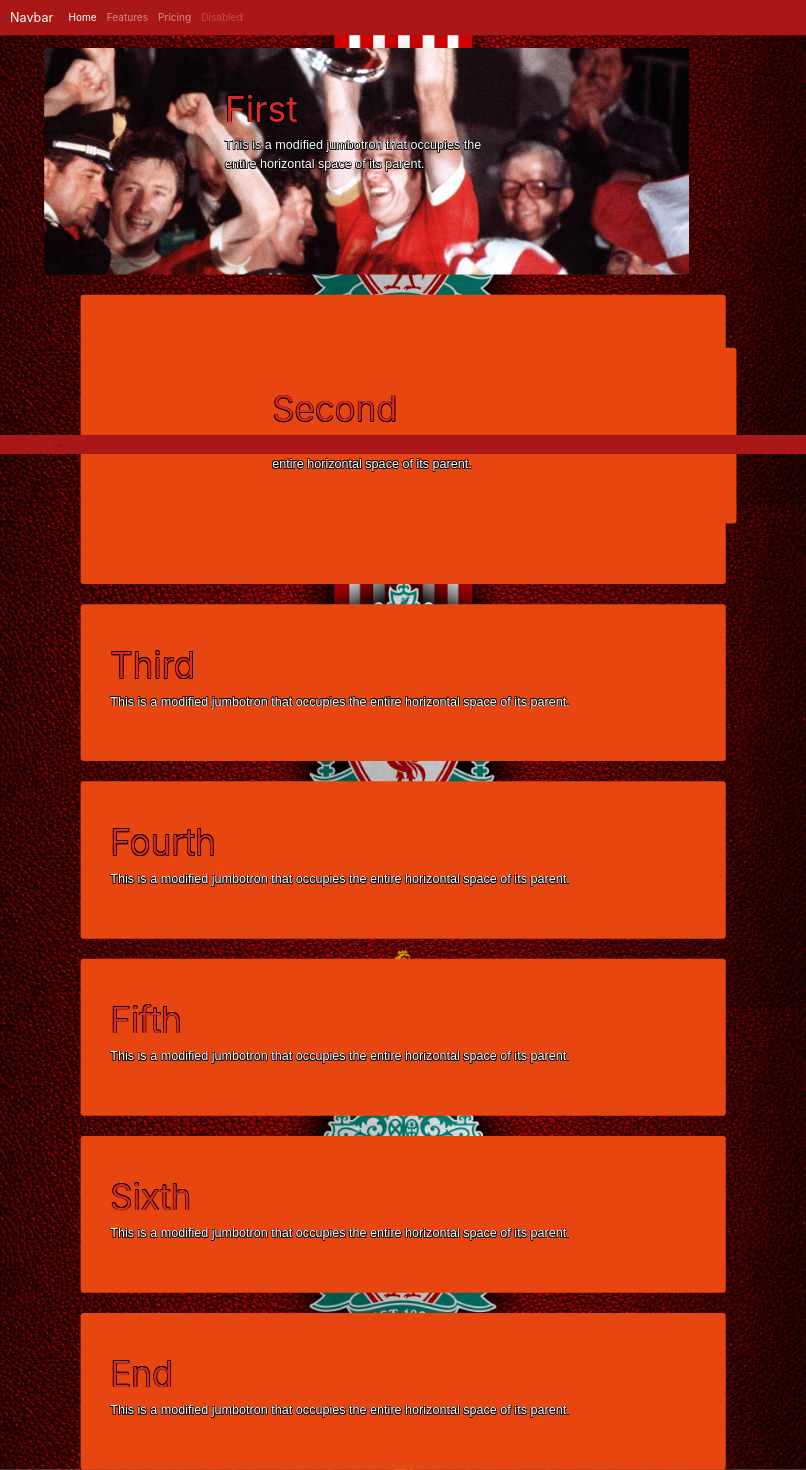
Repository: DalyAD/allez-2
Page: page1.html
The author's editor kept a record of every edit. The page is drawn from the files as they stood at one moment, then again after the next edit.
The browser window is 1280 px wide. The pictures show the whole page, at 63% of full size.
Backgrounds fixed to the window are drawn as part of the page.

Above is the page before.

After the next edit:
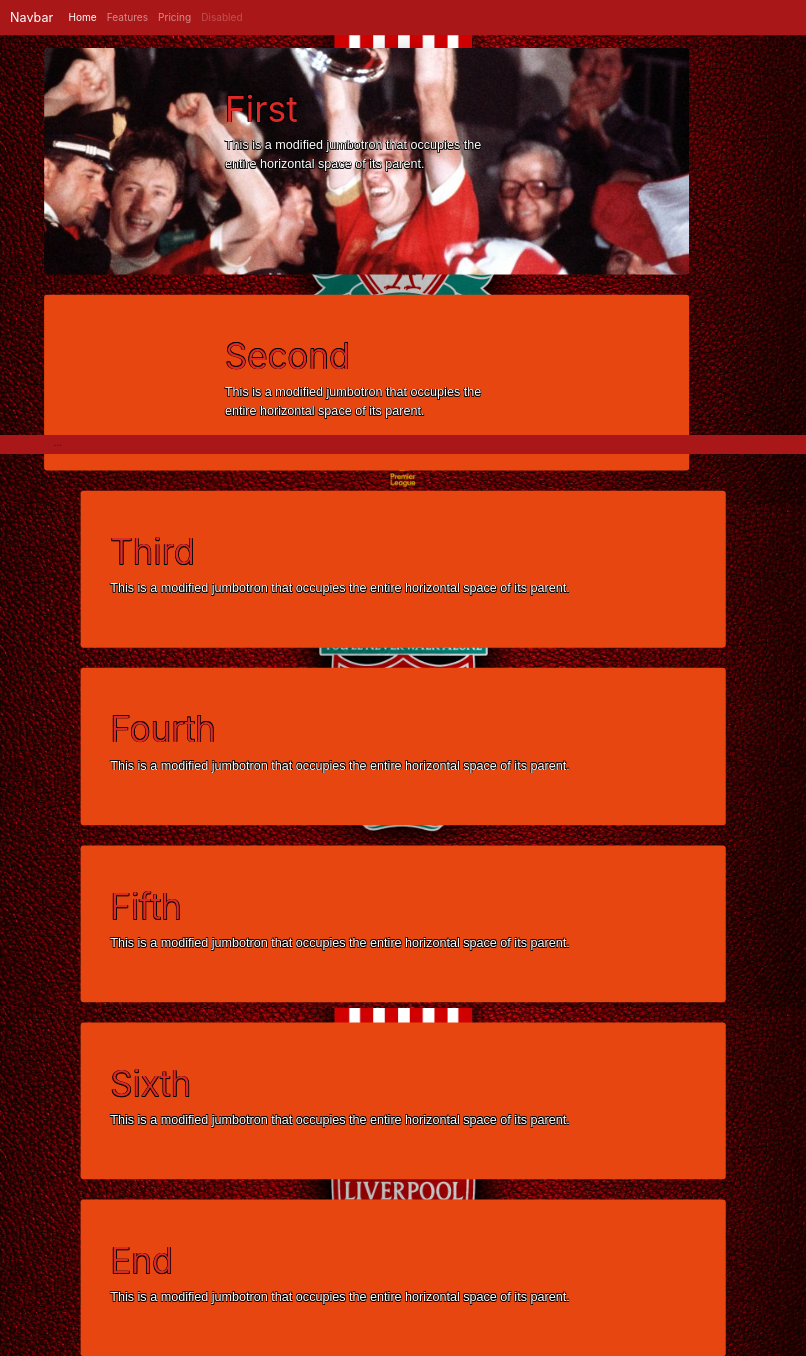
The edit:
--- a/page1.html
+++ b/page1.html
@@ -36,14 +36,13 @@
                     <p class="lead">This is a modified jumbotron that occupies the entire horizontal space of its parent.</p>
                 </div>
             </div>
-            <div class="jumbotron second">
-                <div class="jumbotron second row">
-                    <div class="container col-sm-12 col-md-6">
-                        <h1 class="display-4">Second</h1>
-                        <p class="lead">This is a modified jumbotron that occupies the entire horizontal space of its parent.</p>
-                    </div>
+            <div class="jumbotron second row">
+                <div class="container col-sm-12 col-md-6">
+                    <h1 class="display-4">Second</h1>
+                    <p class="lead">This is a modified jumbotron that occupies the entire horizontal space of its parent.</p>
                 </div>
             </div>
+        </div>
         </div>
         <div class="jumbotron third">
             <div class="container">
